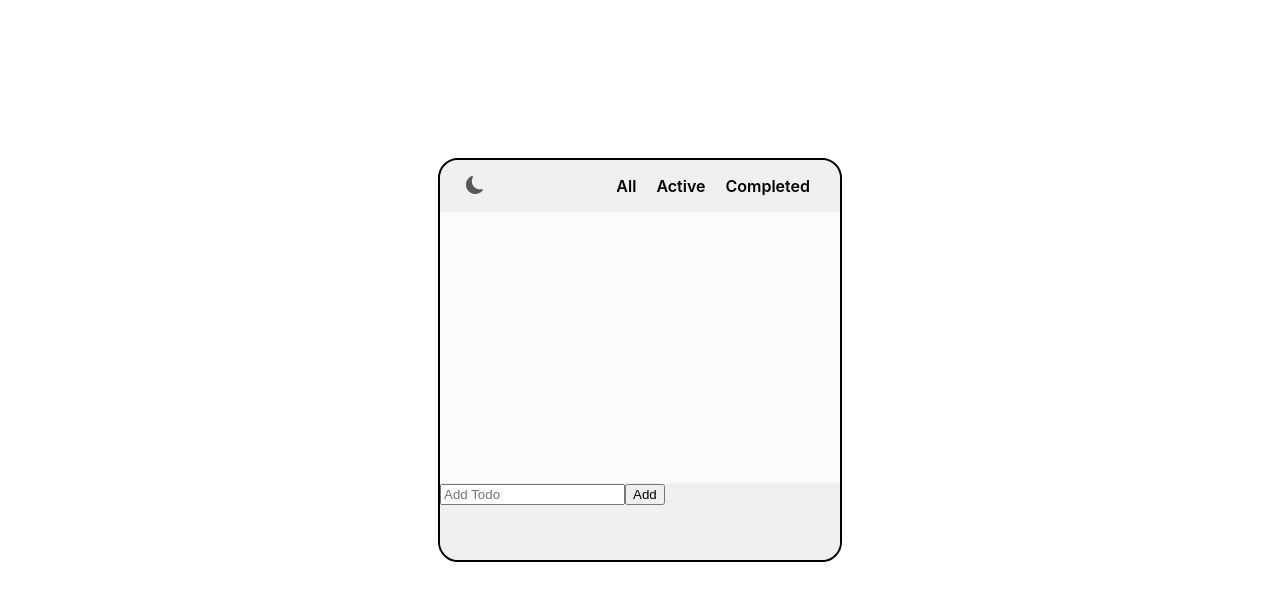
Repository: momo0170/react_todolist
Page: /
The author's editor kept a copy of each file at every save. The page is drawn from the files as they stood at one save, then again after the next save.
The browser window is 1280 px wide. The pictures show the whole page.
The project was rebuilt for these pictures with package versions that can differ from the ones it lists, and the page was loaded fresh each time. Also part of the build but not shown: src/css/Todo.module.css, src/components/Todo.jsx.

Above is the page before, as saved 2022-11-02 12:54:13.

After the next save:
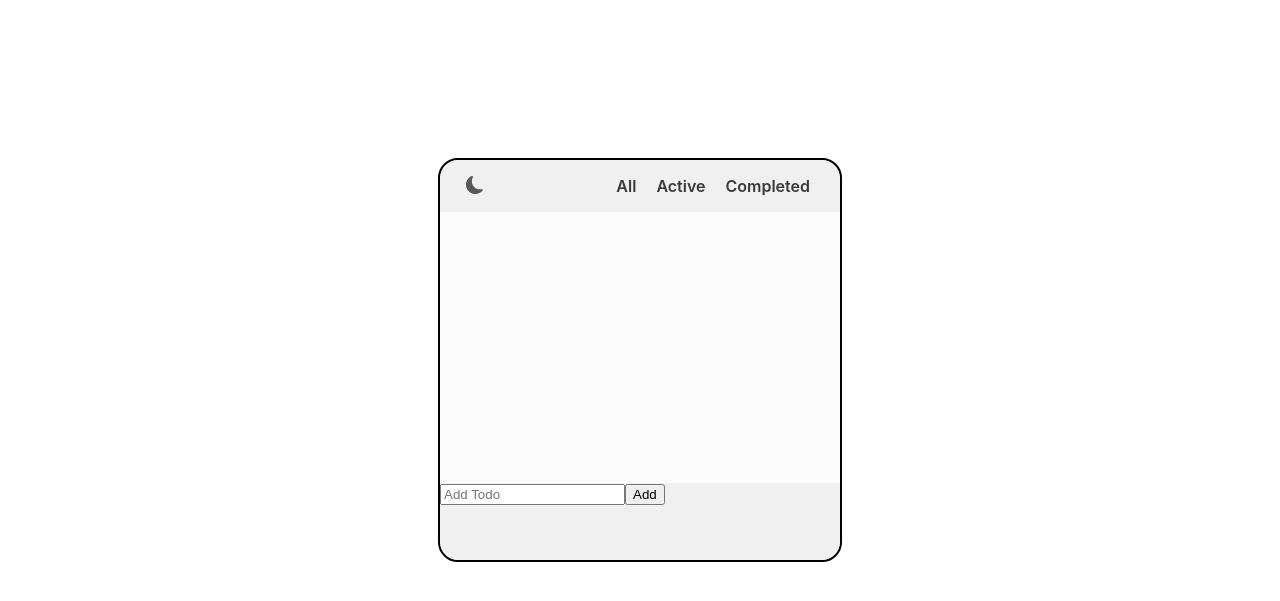
Saved 41 s later.
--- a/src/App.module.css
+++ b/src/App.module.css
@@ -27,6 +27,7 @@
   margin: 0 10px;
   cursor: pointer;
   font-weight: 600;
+  color: #393939;
 }
 
 .main {
